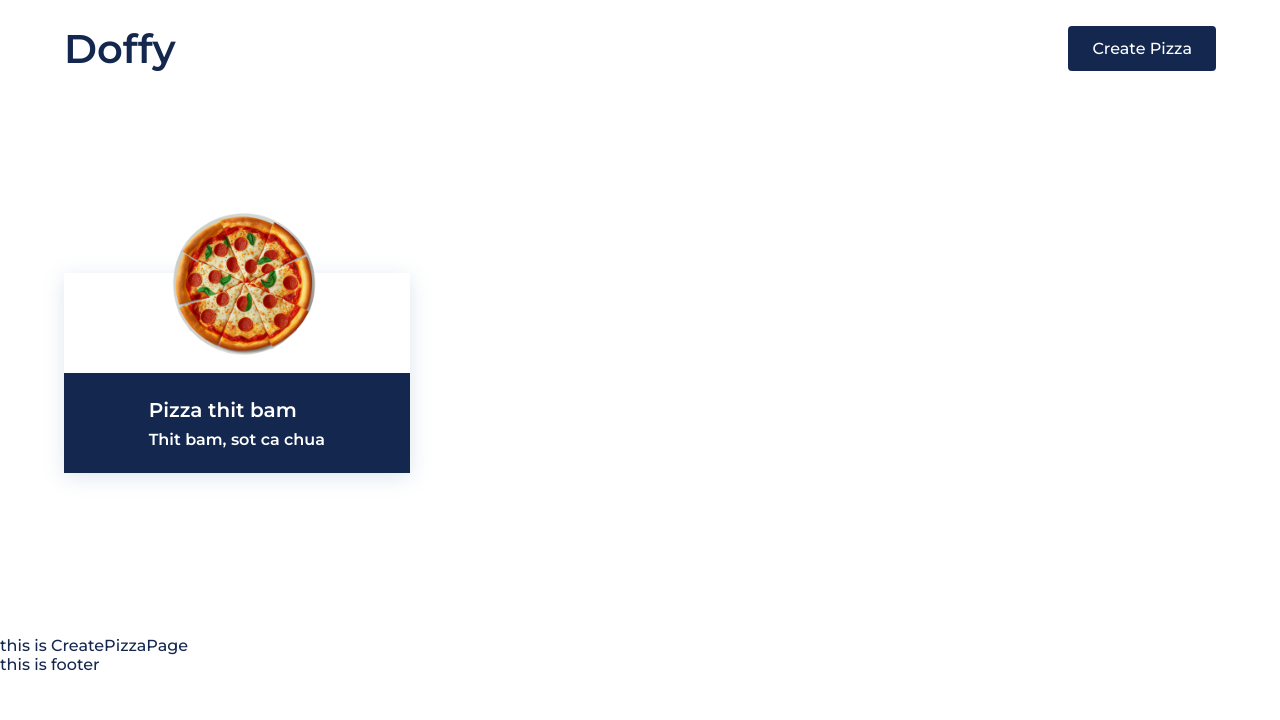
Repository: 16-Doffy/Pizza-Store
Page: /
These files come from the project's save history. The page is drawn as it stood at one moment and after the next save; the edit follows.
The browser window is 1280 px wide. The pictures show the whole page.
The project was rebuilt for these pictures with package versions that can differ from the ones it lists, and the page was loaded fresh each time. Also part of the build but not shown: webpack.config.js.

Above is the page before, as saved 2025-02-06 22:19:50.

### src/App.tsx
import React from "react";
import "./index.css";
import Header from "./layout/Header";
import Footer from "./layout/Footer";
import CreatePizzaPage from "./pages/CreatePizzaPage";
import HomePage from "./pages/HomePage";

function App() {

  return (
    <div className="App">
    <Header />
    <HomePage />
    <CreatePizzaPage />
    <Footer />

    </div>
  );
}

export default App;

### src/index.css
@import url("https://fonts.googleapis.com/css2?family=Montserrat:ital,wght@0,300;0,500;0,600;1,300;1,500;1,600&display=swap");

html {
  font-family: "Montserrat", sans-serif;
}

body {
  padding: 0;
  margin: 0;
  box-sizing: border-box;
}

div {
  color: #14274e;
}

.flex-basic-between {
  display: flex;
  justify-content: space-between;
  align-items: center;
}

/* Button */
.btn-main {
  cursor: pointer;
  background: #14274e;
  color: #fff;
  padding: 0.8rem 1.5rem;
  border-radius: 4px;
}

.btn-main:hover {
  background: #394867;
}
/* Button */

.wrapper-card-items {
  display: flex;
  column-gap: 4rem;
  flex-wrap: wrap;
  row-gap: 8rem;
  padding-top: 7rem;
}

.card-items {
  width: 30%;
  height: 200px;
  box-shadow: 0px 4px 20px 0px rgba(72, 119, 159, 0.18);
  position: relative;
  cursor: pointer;
}

.card-image-pizza {
  width: 200px;
  position: absolute;
  top: -90px;
  left: 22.5%;
}

.card-content {
  display: flex;
  align-items: center;
  justify-content: center;
  height: 50%;
  background: #14274e;
}

/* Text field */
.text-field {
  padding: 0.8rem 1rem;
  background: #f5f5f5;
  border: none;
  outline: none;
  color: #14274e;
  border-radius: 4px;
}

input {
  font-family: "Montserrat", sans-serif;
}
/* Text field */

/* Loading Spinner */
.lds-ring {
  display: inline-block;
  position: relative;
  width: 80px;
  height: 80px;
}
.lds-ring div {
  box-sizing: border-box;
  display: block;
  position: absolute;
  width: 64px;
  height: 64px;
  margin: 8px;
  border: 8px solid #14274e;
  border-radius: 50%;
  animation: lds-ring 1.2s cubic-bezier(0.5, 0, 0.5, 1) infinite;
  border-color: #14274e transparent transparent transparent;
}
.lds-ring div:nth-child(1) {
  animation-delay: -0.45s;
}
.lds-ring div:nth-child(2) {
  animation-delay: -0.3s;
}
.lds-ring div:nth-child(3) {
  animation-delay: -0.15s;
}
@keyframes lds-ring {
  0% {
    transform: rotate(0deg);
  }
  100% {
    transform: rotate(360deg);
  }
}
/* Loading Spinner */

### src/layout/Header.tsx
import React from "react";

const Header = () => {
  return (
    <div className="flex-basic-between" style={{ padding: "1.5rem 4rem" }}>
      <div style={{ fontSize: "40px", fontWeight: 600 }}>Doffy</div>
      <div className="btn-main">Create Pizza</div>
    </div>
  );
};

export default Header;

### src/layout/Footer.tsx
import React from 'react';

const Footer = () => {
    return (
        <div>
            this is footer
        </div>
    );
};

export default Footer;

### src/pages/CreatePizzaPage.tsx
import React from 'react';

const CreatePizzaPage = () => {
    return (
        <div>
            this is CreatePizzaPage
        </div>
    );
};

export default CreatePizzaPage;

### src/pages/HomePage.tsx
import React from "react";

const HomePage = () => {
  return (
    <div style={{ height: "calc(100vh - 309px)", padding: "4rem 4rem", overflow: "auto" }}>
      <div className="wrapper-card-items">
        <div className="card-items">
          <img src="/pizza.png" alt="pizza" className="card-image-pizza " />
          <div style={{ height: "50%", width: "100%" }}></div>
          {/* Di chuyển card-content vào trong card-items */}
          <div className="card-content">
            <div>
              <div style={{ fontSize: "20px", fontWeight: 600, color: "#fff" }}>Pizza thit bam</div>
              <div style={{ fontSize: "16px", fontWeight: 600, color: "#fff", marginTop: "0.5rem" }}>
                Thit bam, sot ca chua
              </div>
            </div>
          </div>
        </div>
      </div>
    </div>
  );
};

export default HomePage;

Loaded but not shown: public/index.html (common file); src/index.tsx (common file)

After the next save:
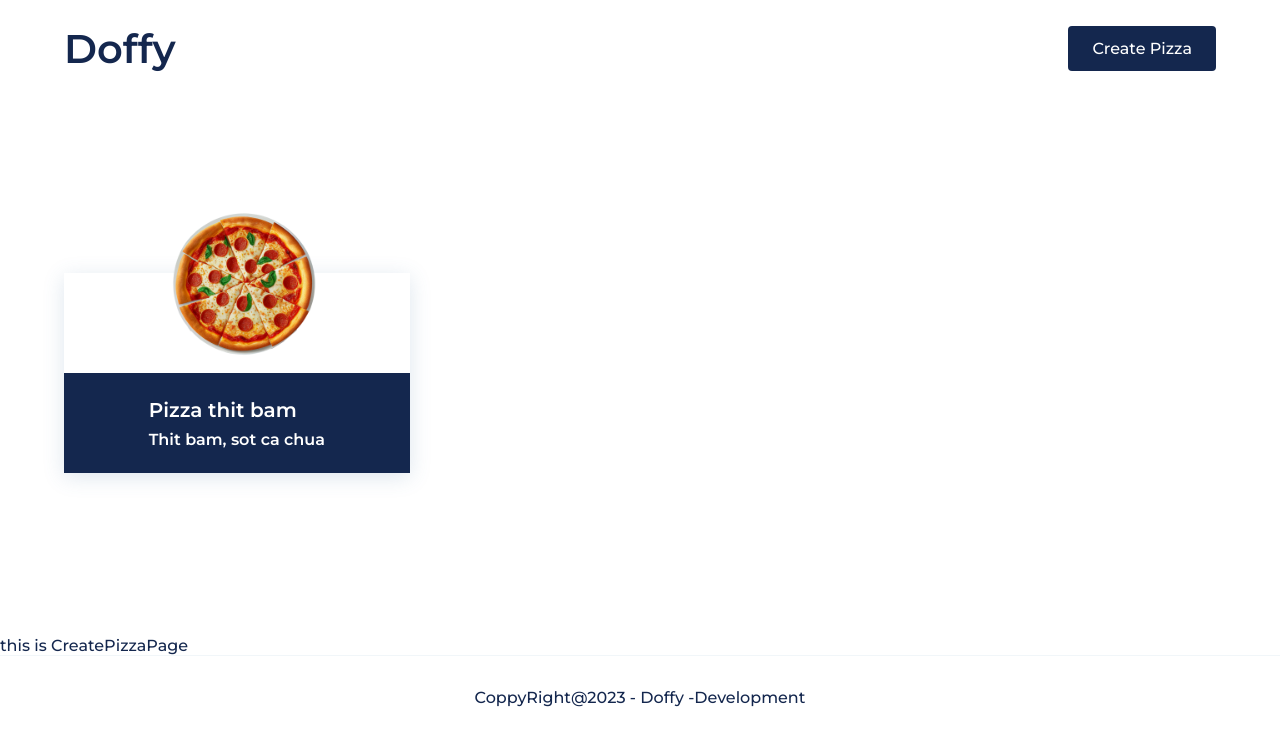
Saved 82 s later.
--- a/src/layout/Footer.tsx
+++ b/src/layout/Footer.tsx
@@ -2,8 +2,9 @@ import React from 'react';
 
 const Footer = () => {
     return (
-        <div>
-            this is footer
+        <div
+        style={{textAlign:'center', padding:'2rem 0', borderTop:'1px solid #f1f6f9'}}>
+            CoppyRight@2023 - Doffy -Development
         </div>
     );
 };
